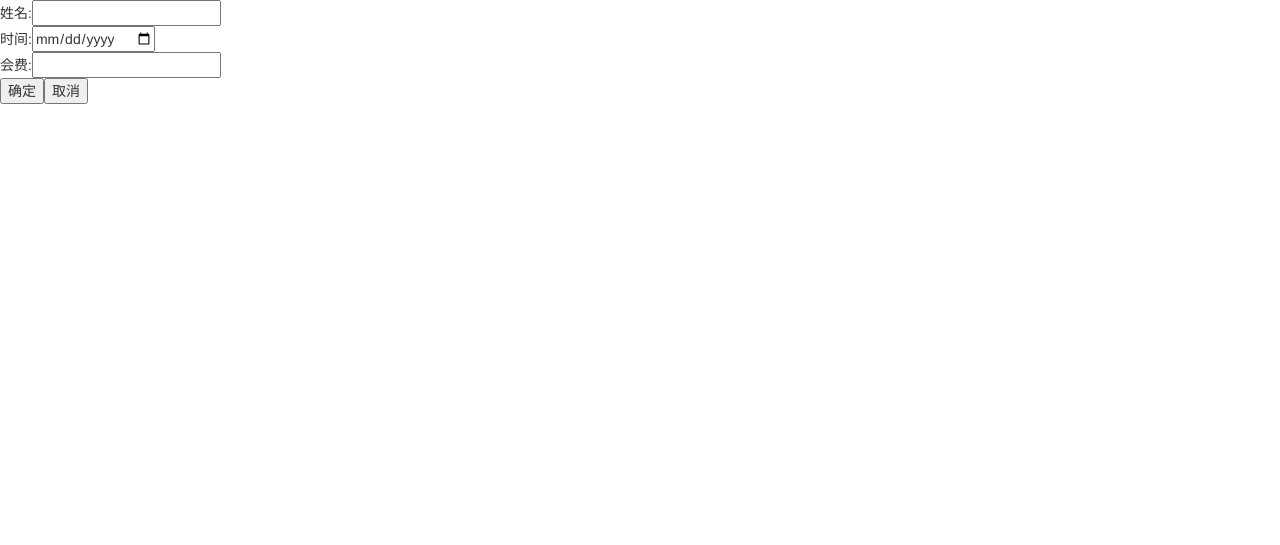
Repository: HelloChuang/HelloChuang-EclipseWorkSpace
Page: http://localhost/RetestServlet2/user_update.jsp
These files come from the project's save history. The page is drawn as it stood at one moment and after the next save; the edit follows.
The browser window is 1280 px wide. The pictures show the whole page.
The page is served by Tomcat 9.

Above is the page before, as saved 2018-10-31 07:19:11.

After the next save:
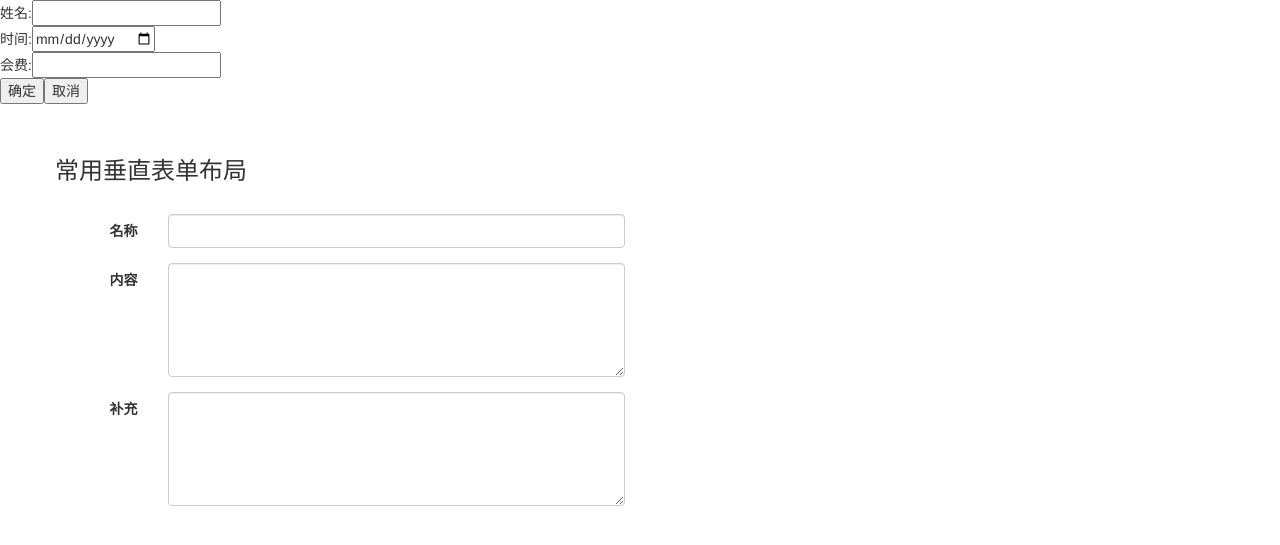
Saved 82 s later.
--- a/EclipseWorkSpace/RetestServlet2/WebContent/user_update.jsp
+++ b/EclipseWorkSpace/RetestServlet2/WebContent/user_update.jsp
@@ -20,6 +20,31 @@
 </form>
 
 
+ <form class="form-horizontal">
+        <div class="container">
+            <div class="row" style="padding: 20px 0">
+                <h3>常用垂直表单布局</h3>
+            </div>
+            <div class="row form-group">
+                <label class="control-label col-lg-1" for="name">名称</label>
+                <div class="col-lg-5 col-md-6">
+                    <input class="form-control" name="name" id="name" type="text">
+                </div>
+            </div>
+            <div class="row form-group">
+                <label class="control-label col-lg-1">内容</label>
+                <div class="col-lg-5 col-md-6">
+                    <textarea class="form-control" rows="5"></textarea>
+                </div>
+            </div>
+            <div class="row form-group">
+                <label class="control-label col-lg-1">补充</label>
+                <div class="col-lg-5 col-md-6">
+                    <textarea class="form-control" rows="5"></textarea>
+                </div>
+            </div>
+        </div>
+    </form>
 
 
 
